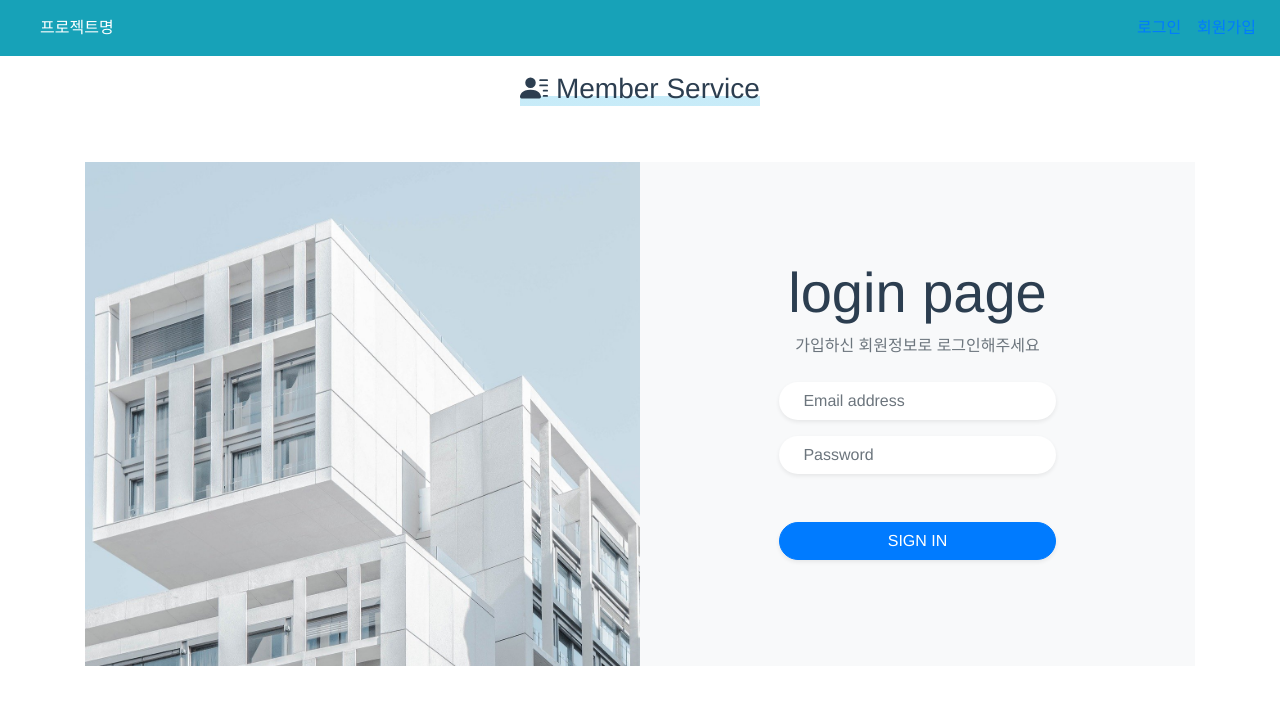
Repository: cheery72/Project_Real_estate
Page: /user/singin (app in frontend/)
The author's editor kept a copy of each file at every save. The page is drawn from the files as they stood at one save, then again after the next save.
The browser window is 1280 px wide. The pictures show the whole page.
The project was rebuilt for these pictures with package versions that can differ from the ones it lists, and the page was loaded fresh each time. Also part of the build but not shown: frontend/vue.config.js, frontend/src/components/user/child/MemberJoinForm.vue, frontend/src/components/user/MemberJoin.vue, frontend/src/components/user/child/MemberInfoForm.vue, frontend/src/components/user/MemberMyPage.vue, frontend/src/components/user/BookMarkListRow.vue, frontend/src/components/user/MemberMyBookmark.vue. Imported but missing from the stored project, and not drawn on this page: frontend/src/views/Home.vue.

Above is the page before, as saved 2021-11-25 11:21:35.

### frontend/src/main.js
import Vue from "vue";
import App from "./App.vue";
import router from "./router";
import store from "./store";
import { BootstrapVue, IconsPlugin } from "bootstrap-vue";
import memberStore from "@/store/modules/memberStore";
import "bootstrap/dist/css/bootstrap.css";
import "bootstrap-vue/dist/bootstrap-vue.css";

// Make BootstrapVue available throughout your project
Vue.use(BootstrapVue);
// Optionally install the BootstrapVue icon components plugin
Vue.use(IconsPlugin);

Vue.config.productionTip = false;

new Vue({
  router,
  store,
  async beforeCreate() {
    let token = sessionStorage.getItem("access-token");
    if (memberStore.state.userInfo == null && token) {
      await memberStore.dispatch("getUserInfo", token);
    }
  },

  render: (h) => h(App),
}).$mount("#app");

### frontend/src/App.vue
<template>
  <div id="app">
    <nav-bar />
    <router-view />
  </div>
</template>

<script>
import NavBar from "@/components/layout/NavBar.vue"

export default {
  components:{
    NavBar,
  }
}

</script>

<style>
#app {
  font-family: Avenir, Helvetica, Arial, sans-serif;
  -webkit-font-smoothing: antialiased;
  -moz-osx-font-smoothing: grayscale;
  text-align: center;
  color: #2c3e50;
}

#nav {
  padding: 30px;
}

#nav a {
  font-weight: bold;
  color: #2c3e50;
}

#nav a.router-link-exact-active {
  color: #42b983;
}
</style>

### frontend/src/router/index.js
import Vue from "vue";
import VueRouter from "vue-router";
import Home from "../views/Home.vue";

import Member from "@/views/Member.vue";
import MemberJoin from "@/components/user/MemberJoin.vue";
import MemberLogin from "@/components/user/MemberLogin.vue";

import MemberMyPage from "@/components/user/MemberMyPage.vue";
import MemberMyBookmark from "@/components/user/MemberMyBookmark.vue";
import store from "@/store/index.js";

// https://router.vuejs.org/kr/guide/advanced/navigation-guards.html
const onlyAuthUser = async (to, from, next) => {
  //어디로 갈건지, 이전, 다음페이지
  // console.log(store);
  const checkUserInfo = store.getters["memberStore/checkUserInfo"]; //checkUserInfo의 리턴값을 가져와라
  const getUserInfo = store._actions["memberStore/getUserInfo"]; //getUserInfo의 리턴값을 가져와라
  let token = sessionStorage.getItem("access-token");
  if (checkUserInfo == null && token) {
    await getUserInfo(token); //서버에 가서 정상적인 토큰인지 검사해라 .. 여기서 정상적인사람이면 서버가 UserInfo를 준다.
  }
  if (checkUserInfo === null) {
    //서버에 갔다왔는데도 null이면...
    alert("로그인이 필요한 페이지입니다..");
    // next({ name: "SignIn" });
    router.push({ name: "SignIn" });
  } else {
    //정상적인 사람이니까 다음페이지로 갈수 있도록 적용(밑에 beforeEnter붙은 것들)
    console.log("로그인 했다.");
    next();
  }
};


Vue.use(VueRouter);

const routes = [
  {
    path: "/",
    name: "Home",
    component: Home,
  },
  {
    path: "/user",
    name: "Member",
    component: Member,
    children: [
      {
        path: "singin",
        name: "SignIn",
        component: MemberLogin,
      },
      {
        path: "singup",
        name: "SignUp",
        component: MemberJoin,
      },
      {
        path: "mybookmark",
        name: "MyBookmark",
        component: MemberMyBookmark,
      },
      {
        path: "mypage",
        name: "MyPage",
        beforeEnter: onlyAuthUser,
        component: MemberMyPage,
      },
    ],
  },
];

const router = new VueRouter({
  mode: "history",
  base: process.env.BASE_URL,
  routes,
});

export default router;

### frontend/src/store/index.js
import Vue from "vue";
import Vuex from "vuex";
import http from "@/js/http-common.js";
import createPersistedState from "vuex-persistedstate";
import memberStore from "@/store/modules/memberStore.js";

Vue.use(Vuex);

export default new Vuex.Store({
  state: {
    sidos: [{ value: null, text: "선택하세요" }],
    guguns: [{ value: null, text: "선택하세요" }],
    dongs: [{ value: null, text: "선택하세요" }],
    apts: [],
    apt: null,
    positions: [],
    cctvs: [],
    dongName: null,
    subways: [],
    schools: [],
    // bookmark: null,
    // bookmarks: [],
  },
  mutations: {
    // 시도 리스트
    SET_SIDO_LIST(state, sidos) {
      sidos.forEach((sido) => {
        state.sidos.push({ value: sido.sidoCode, text: sido.sidoName });
      });
    },
    CLEAR_SIDO_LIST(state) {
      state.guguns = [{ value: null, text: "선택하세요" }];
    },
    // 구군 리스트
    SET_GUGUN_LIST(state, guguns) {
      guguns.forEach((gugun) => {
        state.guguns.push({ value: gugun.gugunCode, text: gugun.gugunName });
      });
    },
    CLEAR_GUGUN_LIST(state) {
      state.guguns = [{ value: null, text: "선택하세요" }];
    },
    // 동 리스트
    SET_DONG_LIST(state, dongs) {
      dongs.forEach((dong) => {
        state.dongs.push({
          value: [dong.dongCode, dong.dongName],
          text: dong.dongName,
        });
      });
    },
    CLEAR_DONG_LIST(state) {
      state.dongs = [{ value: null, text: "선택하세요" }];
    },
    // 해당 구,동 아파트 리스트
    SET_APT_LIST(state, apts) {
      state.apts = apts;
      state.dongName = apts[0].dongName;
    },
    CLEAR_APT_LIST(state) {
      state.positions = [];
    },
    // 아파트 선택시 세부사항
    SET_DETAIL_APT(state, apt) {
      state.apt = apt;
    },
    // cctv 정보
    SET_CCTV_LIST(state, cctv) {
      state.cctvs = cctv;
    },
    // 지하철 정보
    SET_SUBWAY_LIST(state, subway) {
      state.subways = subway;
    },
    // 학교 정보
    SET_SCHOOL_LIST(state, school) {
      state.schools = school;
    },
    // SET_DETAIL_BOOKMARK(state, apt) {
    //   state.bookmark = apt;

    // }
  },
  actions: {
    // 셀렉트바 시도 가져오기
    getSido({ commit }) {
      http
        .get(`/apt/sido`)
        .then((response) => {
          commit("SET_SIDO_LIST", response.data);
        })
        .catch((error) => {
          console.log(error);
        });
    },
    getGugun({ commit }, sidoCode) {
      const params = { sido: sidoCode };
      http
        .get(`/apt/gugun`, { params })
        .then((response) => {
          commit("SET_GUGUN_LIST", response.data);
        })
        .catch((error) => {
          console.log(error);
        });
    },
    getDong({ commit }, gugunCode) {
      const params = { gugun: gugunCode };
      http
        .get(`/apt/dongname`, { params })
        .then((response) => {
          commit("SET_DONG_LIST", response.data);
        })
        .catch((error) => {
          console.log(error);
        });
    },
    getAptList({ commit }, dongCode) {
      const params = { dong: dongCode };
      http
        .get(`/apt/aptinfo`, { params })
        .then((response) => {
          commit("SET_APT_LIST", response.data);
        })
        .catch((error) => {
          console.log(error);
        });
    },
    getCctvList({ commit }, dongName) {
      const params = { dong: dongName };
      http
        .get(`/cctv/cctvinfo`, { params })
        .then((response) => {
          commit("SET_CCTV_LIST", response.data);
        })
        .catch((error) => {
          console.log(error);
        });
    },
    getSubwayList({ commit }) {
      http
        .get(`/subway/subwayinfo`)
        .then((response) => {
          commit("SET_SUBWAY_LIST", response.data);
        })
        .catch((error) => {
          console.log(error);
        });
    },
    getSchoolList({ commit }, dongName) {
      const params = { dong: dongName };
      http
        .get(`/school/schoolinfo`, { params })
        .then((response) => {
          commit("SET_SCHOOL_LIST", response.data);
        })
        .catch((error) => {
          console.log(error);
        });
    },
    // detailBookmark({ commit }, apt) {
    //   commit("SET_DETAIL_BOOKMARK", apt)

    // }
  },
  modules: { memberStore },
  plugins: [
    createPersistedState({
      // 브라우저 종료시 제거하기 위해 localStorage가 아닌 sessionStorage로 변경. (default: localStorage)
      storage: sessionStorage,
    }),
  ],
});

### frontend/src/store/modules/memberStore.js
import jwt_decode from "jwt-decode";
import { login } from "@/api/member.js";
import { findById } from "@/api/member";
import http from "@/js/http-common.js";


const memberStore = {
  namespaced: true,
  state: {
    isLogin: false,
    isLoginError: false,
    userInfo: null,
    bookmark: [],
    bookmarks: [],
  },
  getters: {
    checkUserInfo: function (state) {
      return state.userInfo;
    },
  },
  mutations: {
    SET_IS_LOGIN: (state, isLogin) => {
      state.isLogin = isLogin;
    },
    SET_IS_LOGIN_ERROR: (state, isLoginError) => {
      state.isLoginError = isLoginError;
    },
    SET_USER_INFO: (state, userInfo) => {
      state.isLogin = true;
      state.userInfo = userInfo;
    },
    SET_BOOKMARK_LIST(state, apt){
      // 배열에 추가
      state.bookmark.push(apt);
    },
    SET_BOOKMARK_INFO(state, mark){
      // state.bookmarks = mark;
      state.bookmarks.push(mark);
    },
    SET_BOOKMARK_LIST_INFO(state, bookmarklist) {
      state.bookmarks = bookmarklist;
    }
  },
  actions: {
    async userConfirm({ commit }, user) {
      await login(
        user,
        (response) => {
          if (response.data.message === "success") {
            let token = response.data["access-token"];
            commit("SET_IS_LOGIN", true);
            commit("SET_IS_LOGIN_ERROR", false);
            sessionStorage.setItem("access-token", token);

          } else {
            commit("SET_IS_LOGIN", false);
            commit("SET_IS_LOGIN_ERROR", true);
          }
        },
        () => {}
      );
    },
    getUserInfo({ commit }, token) {
      let decode_token = jwt_decode(token);
      findById(
        decode_token.userid,
        (response) => {
          if (response.data.message === "success") {
            commit("SET_USER_INFO", response.data.userInfo);
          } else {
            console.log("유저 정보 없음!!");
          }
        },
        (error) => {
          console.log(error);
        }
      );
    },
    getBookmark({ commit }, mark) {//등록

      let decode_token = jwt_decode(sessionStorage.getItem("access-token"));

      const params = { bookmark: mark.aptCode, accesstoken: decode_token.userid };
      console.log("파라미터출력",params);

      http
      .post(`/bookmark/register`, params)
      .then((response) => {
        console.log("response출력");
        console.log(response.data);
        commit("SET_BOOKMARK_INFO", response.data);
      }).catch((error) => {
        console.log("에러출력");
        console.log(error);
      })
    },

    getBookmarkList({ commit }) {

      let decode_token = jwt_decode(sessionStorage.getItem("access-token"));
      const userid= decode_token.userid;

      http.get(`/bookmark/list/${userid}`).then(({ data }) => {

        console.log("북마크조회 결과", data);
        commit("SET_BOOKMARK_LIST_INFO", data.result);
         });

    }
  },
};

export default memberStore;

### frontend/src/components/layout/NavBar.vue
<template>
  <div>
  <b-navbar toggleable="lg" type="dark" variant="info">
    <b-navbar-brand href="#"></b-navbar-brand>

    <b-navbar-toggle target="nav-collapse"></b-navbar-toggle>

    <b-collapse id="nav-collapse" is-nav>
      <b-navbar-nav>
        <b-nav-item href="#"
            ><router-link :to="{ name: 'Home' }" class="link" style="color: white"
            >프로젝트명</router-link
            ></b-nav-item
          >
      </b-navbar-nav>

      <!-- Right aligned nav items -->
      <b-navbar-nav class="ml-auto" v-if="userInfo">
          <b-nav-item class="align-self-center"
            ><b-avatar
              variant="primary"
              v-text="userInfo ? userInfo.userid.charAt(0).toUpperCase() : ''"
            ></b-avatar
            >{{ userInfo.username }}({{ userInfo.userid }})님
            환영합니다.</b-nav-item
          >
          <b-nav-item class="align-self-center"
            ><router-link
              :to="{ name: 'MyPage' }"
              class="link align-self-center" style="color: white"
              >내정보보기</router-link
            ></b-nav-item
          >
           <b-nav-item href="#" class="link align-self-center"
            ><router-link :to="{ name: 'MyBookmark' }" class="link" style="color: white"
              >내관심지역</router-link
            ></b-nav-item
          >
          <b-nav-item
            class="link align-self-center"
            @click.prevent="onClickLogout"
            >로그아웃</b-nav-item
          >
        </b-navbar-nav>

        <!-- Right aligned nav items -->
        <b-navbar-nav class="ml-auto" v-else>
          <b-nav-item href="#"
            ><router-link :to="{ name: 'SignIn' }" class="link"
              >로그인</router-link
            ></b-nav-item
          >

          <b-nav-item href="#"
            ><router-link :to="{ name: 'SignUp' }" class="link"
              >회원가입</router-link
            ></b-nav-item
          >
        </b-navbar-nav>
    </b-collapse>
  </b-navbar>
</div>
</template>

<script>
import { mapState, mapMutations } from "vuex";

const memberStore = "memberStore";

export default {
  name: "NavBar",
  computed: {
    ...mapState(memberStore, ["isLogin", "userInfo"]),
  },
  methods: {
    ...mapMutations(memberStore, ["SET_IS_LOGIN", "SET_USER_INFO"]),
    onClickLogout() {
      this.SET_IS_LOGIN(false);
      this.SET_USER_INFO(null);
      sessionStorage.removeItem("access-token");
      if (this.$route.path != "/") this.$router.push({ name: "Home" });
    },
  },
};
</script>

<style>
a {
  color:azure;
}
</style>

### frontend/src/views/Member.vue
<template>
  <b-container class="bv-example-row mt-3 text-center">
    <h3 class="underline-steelblue">
      <b-icon icon="person-lines-fill"></b-icon> Member Service
    </h3>
    <router-view></router-view>
  </b-container>
</template>

<script>
export default {
  name: "Member",
};
</script>

<style scoped>
.underline-steelblue {
  display: inline-block;
  background: linear-gradient(
    180deg,
    rgba(255, 255, 255, 0) 70%,
    rgba(72, 190, 233, 0.3) 30%
  );
}
</style>

### frontend/src/components/user/MemberLogin.vue
<template>

 <div class="container-fluid">
   <br>
   <br>
    <div class="row no-gutter">
        <!-- The image half -->
        <div class="col-md-6 d-none d-md-flex bg-image"></div>


        <!-- The content half -->
        <div class="col-md-6 bg-light">
            <div class="login d-flex align-items-center py-5">

                <!-- Demo content-->
                <div class="container">
                    <div class="row">
                        <div class="col-lg-10 col-xl-7 mx-auto">
                            <h2 class="display-4">login page</h2>
                            <p class="text-muted mb-4">가입하신 회원정보로 로그인해주세요</p>
                            <form>

                              <b-alert show variant="danger" v-if="isLoginError"
              >아이디 또는 비밀번호를 확인하세요.</b-alert>
                                <div class="form-group mb-3" >
                                    <input id="inputEmail" type="email" placeholder="Email address" required="" autofocus="" class="form-control rounded-pill border-0 shadow-sm px-4">
                                </div>
                                <div class="form-group mb-3">
                                    <input id="inputPassword" type="password" placeholder="Password" required="" class="form-control rounded-pill border-0 shadow-sm px-4 text-primary">
                                </div>
                                <div class="custom-control custom-checkbox mb-2">
                                    <input id="customCheck1" type="checkbox" checked class="custom-control-input">
                                    <!-- <label for="customCheck1" class="custom-control-label">Remember password</label> -->
                                </div>
                                <button type="submit" class="btn btn-primary btn-block text-uppercase mb-2 rounded-pill shadow-sm">Sign in</button>

                            </form>
                        </div>
                    </div>
                </div><!-- End -->

            </div>
        </div><!-- End -->

    </div>
</div>
</template>
<style>
.login,
.image {
  min-height: 70vh;
}

.bg-image {
  /* //background-image: url('https://therichpost.com/wp-content/uploads/2021/02/login-split.jpg'); */
  background-image: url("../../assets/apartment.jpg");
  background-size: cover;
  background-position: center center;
}
</style>



<script>
import { mapState, mapActions } from "vuex";

const memberStore = "memberStore";

export default {
  name: "MemberLogin",
  data() {
    return {
      user: {
        userid: null,
        userpwd: null,
      },
    };
  },
  computed: {
    ...mapState(memberStore, ["isLogin", "isLoginError"]),
  },
  methods: {
    ...mapActions(memberStore, ["userConfirm", "getUserInfo"]),
    async confirm() {
      await this.userConfirm(this.user);
      let token = sessionStorage.getItem("access-token");
      if (this.isLogin) {
        await this.getUserInfo(token);
        this.$router.push({ name: "Home" });
      }
    },
    movePage() {
      this.$router.push({ name: "SignUp" });
    },
  },
};
</script>

<style></style>

### frontend/src/api/member.js
import { apiInstance } from "./index.js";

const api = apiInstance();

async function login(user, success, fail) {
    await api
        .post(`/user/login`, JSON.stringify(user))
        .then(success)
        .catch(fail);
}

async function findById(userid, success, fail) {
    api.defaults.headers["access-token"] =
        sessionStorage.getItem("access-token");
    await api.get(`/user/info/${userid}`).then(success).catch(fail);
}
//회원가입
async function joinMember(user, success, fail) {
    await api
        .post(`/user/join`, JSON.stringify(user))
        .then(success)
        .catch(fail);
}

//아이디체크
async function checkId(userid, success, fail) {
    await api.get(`/user/idCheck/${userid}`).then(success).catch(fail);
}

//수정
async function modifyInfo(user, success, fail) {
    api.defaults.headers["access-token"] =
        sessionStorage.getItem("access-token");
    await api
        .put(`/user/${user.userId}`, JSON.stringify(user))
        .then(success)
        .catch(fail);
}

//삭제
async function deleteInfo(user, success, fail) {
    api.defaults.headers["access-token"] =
        sessionStorage.getItem("access-token");
    await api.delete(`/user/${user.userId}`).then(success).catch(fail);
}

export { login, findById, modifyInfo, deleteInfo, joinMember, checkId };

### frontend/src/api/index.js
import axios from "axios";
import { API_BASE_URL } from "@/config";

// axios 객체 생성
function apiInstance() {
    const instance = axios.create({
        baseURL: API_BASE_URL,
        headers: {
            "Content-type": "application/json",
        },
    });
    return instance;
}

export { apiInstance };

### frontend/src/config/index.js
const API_BASE_URL = "http://localhost:8080";
export { API_BASE_URL };

Loaded but not shown: frontend/public/index.html (common file); frontend/src/js/http-common.js (common file)

After the next save:
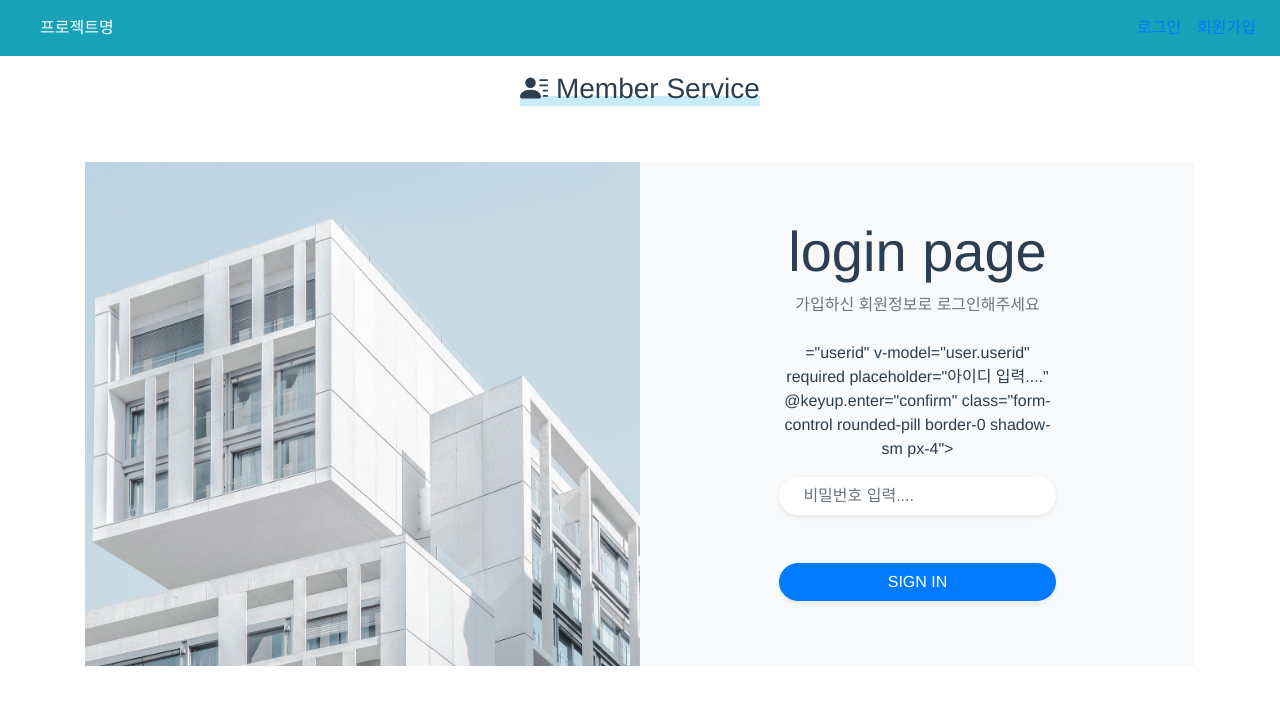
Saved 92 s later.
--- a/frontend/src/components/user/MemberLogin.vue
+++ b/frontend/src/components/user/MemberLogin.vue
@@ -23,16 +23,28 @@
                               <b-alert show variant="danger" v-if="isLoginError"
               >아이디 또는 비밀번호를 확인하세요.</b-alert>
                                 <div class="form-group mb-3" >
-                                    <input id="inputEmail" type="email" placeholder="Email address" required="" autofocus="" class="form-control rounded-pill border-0 shadow-sm px-4">
+                                    <inputid="userid"
+                v-model="user.userid"
+                required
+                placeholder="아이디 입력...."
+                @keyup.enter="confirm" class="form-control rounded-pill border-0 shadow-sm px-4">
                                 </div>
                                 <div class="form-group mb-3">
-                                    <input id="inputPassword" type="password" placeholder="Password" required="" class="form-control rounded-pill border-0 shadow-sm px-4 text-primary">
+                                    <input type="password"
+                id="userpwd"
+                v-model="user.userpwd"
+                required
+                placeholder="비밀번호 입력...."
+                @keyup.enter="confirm" class="form-control rounded-pill border-0 shadow-sm px-4 text-primary">
                                 </div>
                                 <div class="custom-control custom-checkbox mb-2">
                                     <input id="customCheck1" type="checkbox" checked class="custom-control-input">
                                     <!-- <label for="customCheck1" class="custom-control-label">Remember password</label> -->
                                 </div>
-                                <button type="submit" class="btn btn-primary btn-block text-uppercase mb-2 rounded-pill shadow-sm">Sign in</button>
+                                <button type="button"
+              variant="primary"
+
+              @click="confirm" class="btn btn-primary btn-block text-uppercase mb-2 rounded-pill shadow-sm">Sign in</button>
 
                             </form>
                         </div>

After the save that followed:
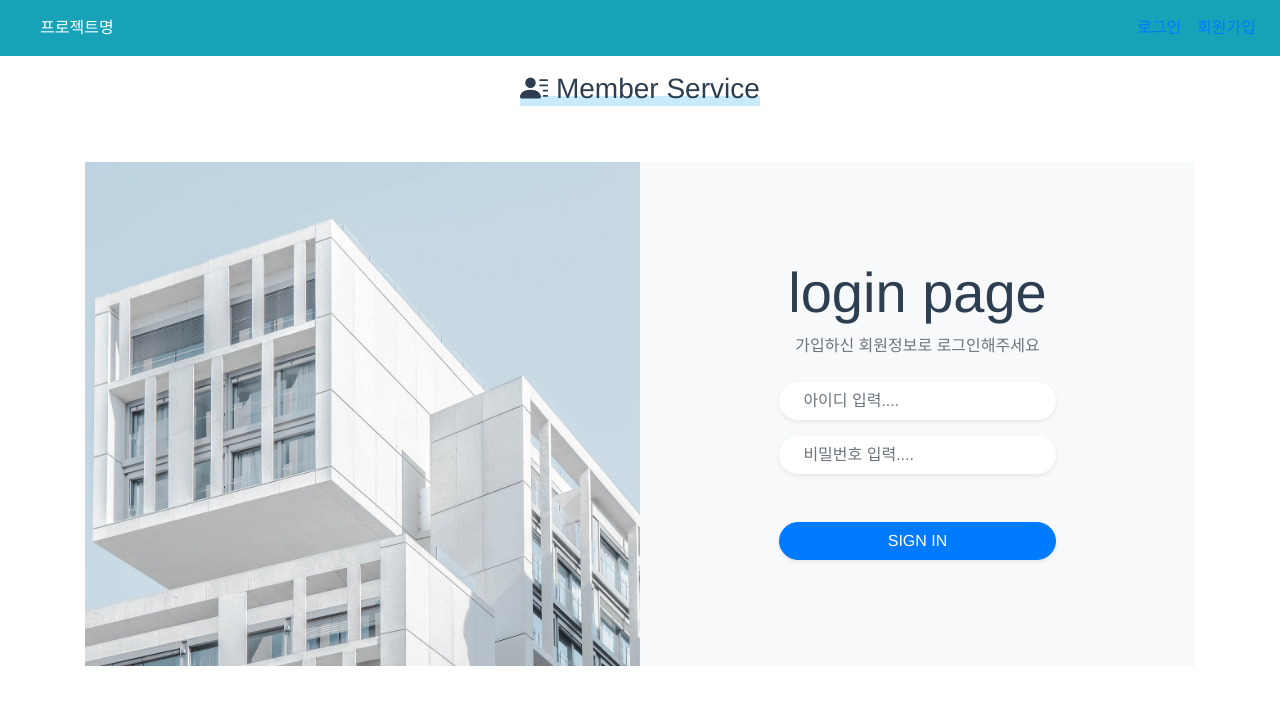
Saved 13 s later.
--- a/frontend/src/components/user/MemberLogin.vue
+++ b/frontend/src/components/user/MemberLogin.vue
@@ -23,7 +23,7 @@
                               <b-alert show variant="danger" v-if="isLoginError"
               >아이디 또는 비밀번호를 확인하세요.</b-alert>
                                 <div class="form-group mb-3" >
-                                    <inputid="userid"
+                                    <input id="userid"
                 v-model="user.userid"
                 required
                 placeholder="아이디 입력...."
